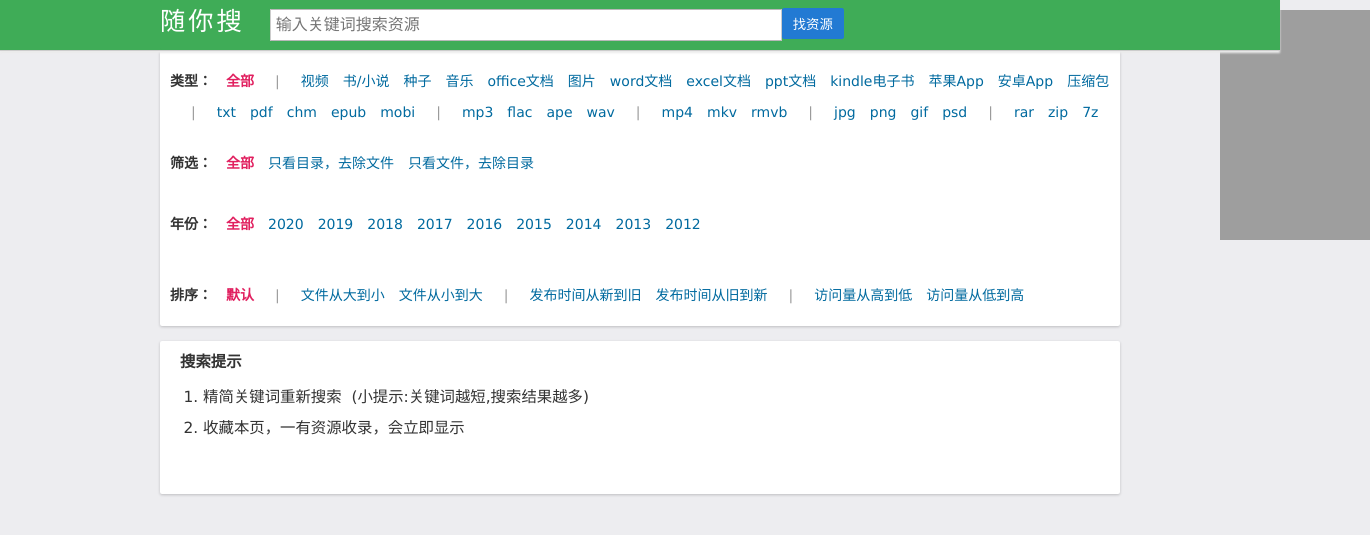
Repository: youngsailsail/nodeStudy
Page: / (app in 爬虫/前端vue/search-book/)
These files come from the project's save history. The page is drawn as it stood at one moment and after the next save; the edit follows.
The browser window is 1280 px wide. The page is 1370 px wide, then 1280 px, so the pictures cover 1370 px, including what lies to the right of the window. The pictures show the whole page.
Pictures or frames that could not be fetched are drawn as grey boxes. The project was rebuilt for these pictures with package versions that can differ from the ones it lists, and the page was loaded fresh each time. Also part of the build but not shown: 爬虫/前端vue/search-book/vue.config.js.

Above is the page before, as saved 2020-05-09 22:40:15.

After the next save:
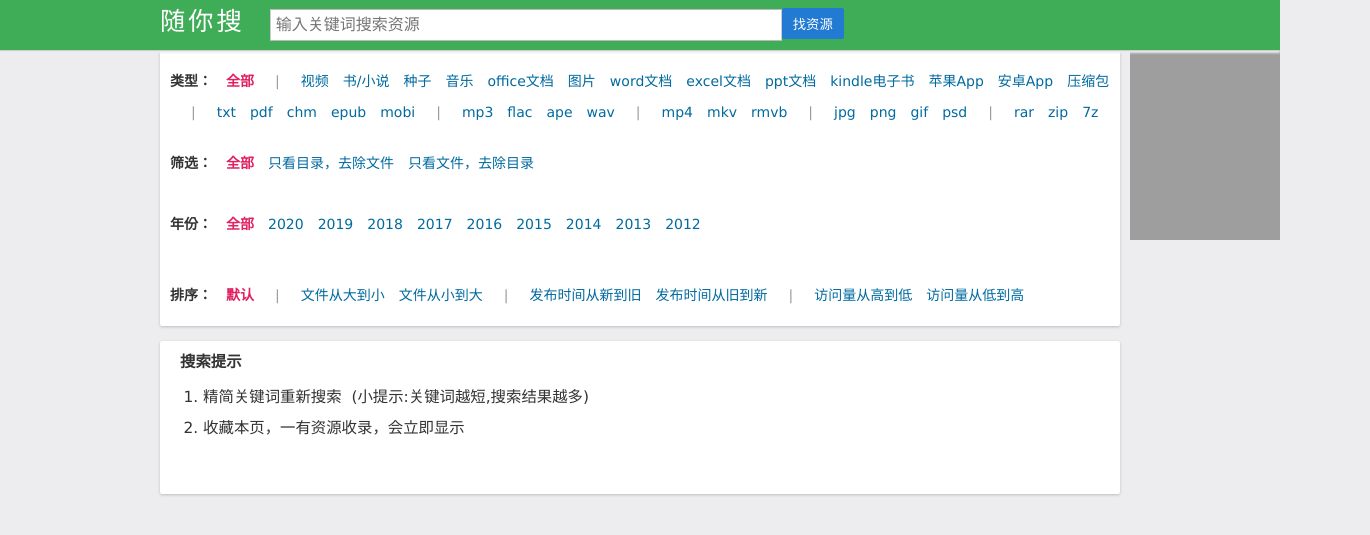
Saved 27 s later.
--- a/爬虫/前端vue/search-book/src/components/FilterBook.vue
+++ b/爬虫/前端vue/search-book/src/components/FilterBook.vue
@@ -154,7 +154,7 @@ export default {
 }
 .iframe {
   position: absolute;
-  right: -250px;
+  right: -160px;
   top: 10px;
 }
 .container {
